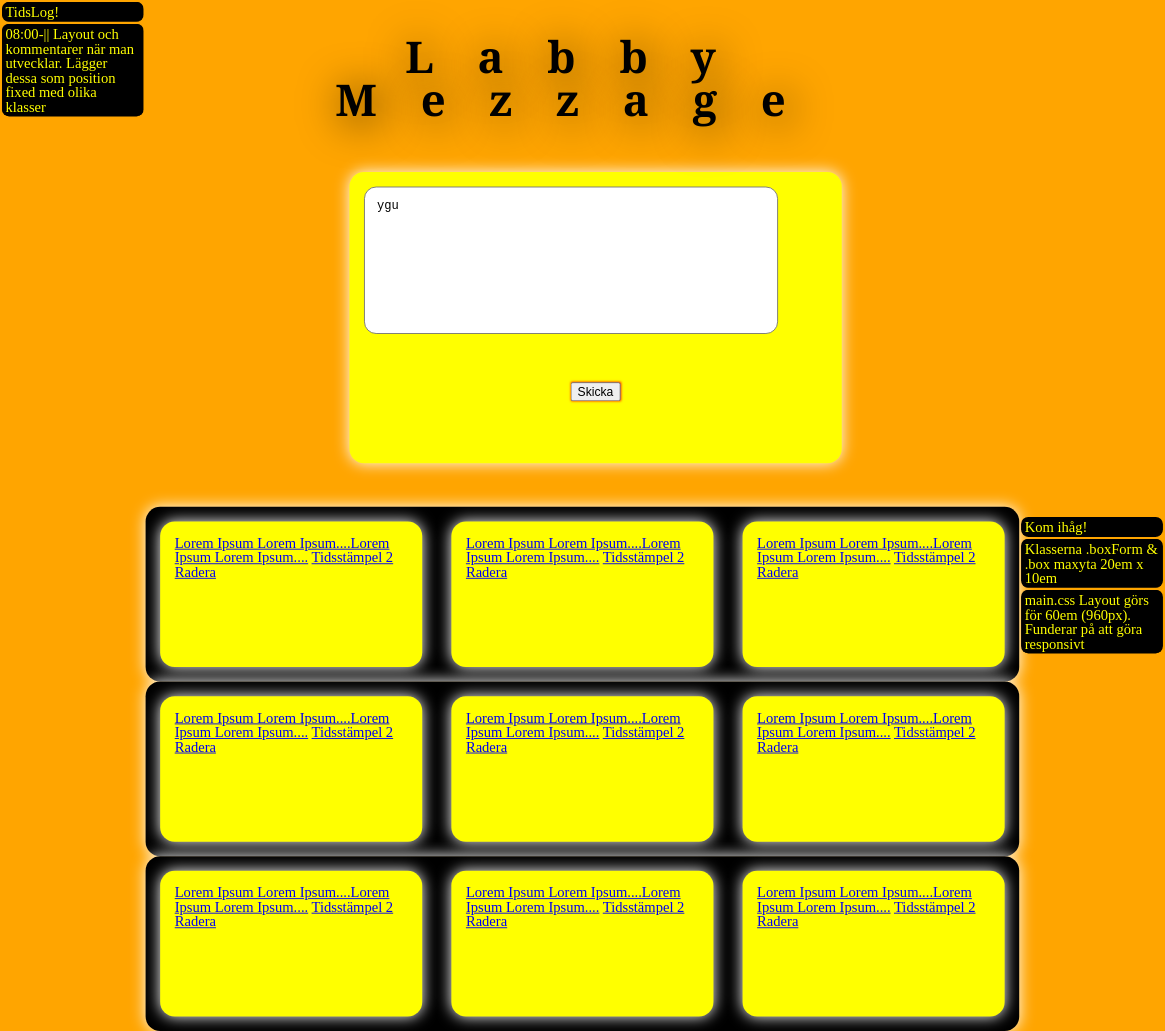
Repository: AndreasAnemyrLNU/1dv403-laborationer-AA223IG
Page: 2-labbymezzage/index.html
The author's editor kept a record of every edit. The page is drawn from the files as they stood at one moment, then again after the next edit.
The browser window is 1280 px wide. The pictures show the whole page, at 91% of full size.

Above is the page before.

After the next edit:
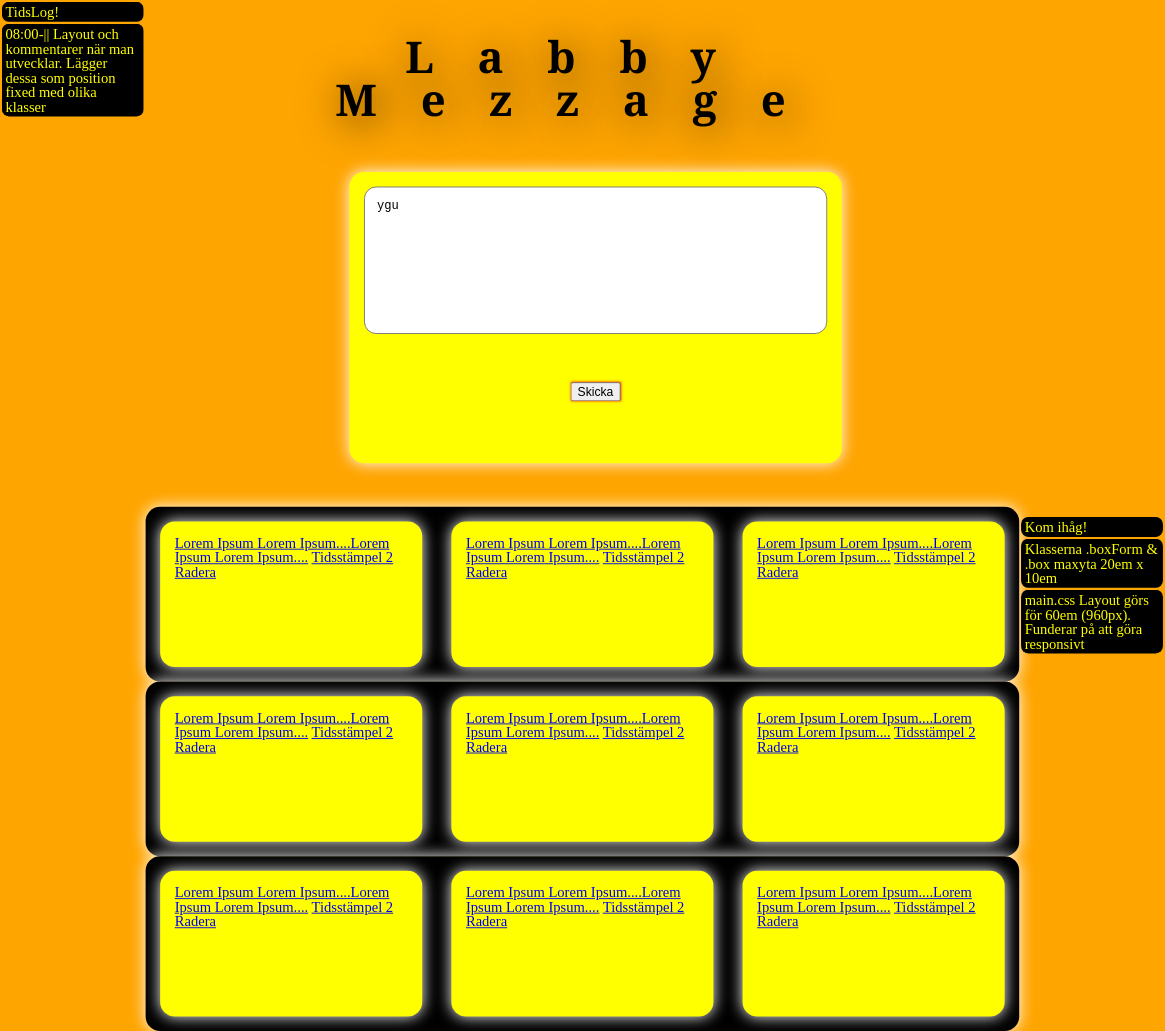
The edit:
--- a/2-labbymezzage/css/main.css
+++ b/2-labbymezzage/css/main.css
@@ -83,7 +83,7 @@
     overflow:hidden;
     padding: 1em;
     resize: none;
-    width: 32em;
+    width: 36em;
 }
 #Wrapper{
     background-color: orange;
